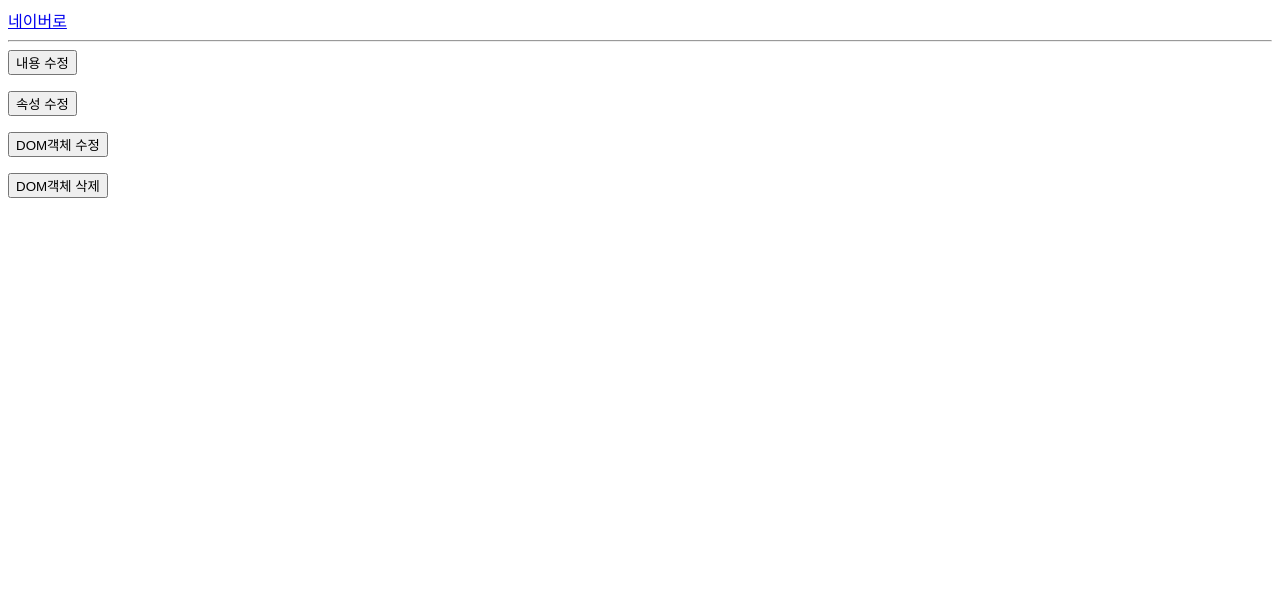
Repository: AgentHyun/FishDalle3
Page: Feb14_1_jQuery/WebContent/1_DOM.html
These files come from the project's save history. The page is drawn as it stood at one moment and after the next save; the edit follows.
The browser window is 1280 px wide. The pictures show the whole page.

Above is the page before, as saved 2025-02-14 00:26:23.

### Feb14_1_jQuery/WebContent/1_DOM.html
<!DOCTYPE html>
<html>
<head>
<meta charset="UTF-8">
<title>Insert title here</title>
<script type = "text/javascript" src = "jQuery.js"></script>
<script type = "text/javascript">
$(function(){

alert("하이");


});




</script>
</head>
<body>

<a href = "https://www.naver.com" class = "t2">네이버로</a>
<hr>
<button id = "b1">내용 수정</button> <p>
<button id = "b2">속성 수정</button> <p>
<button id = "b3">DOM객체 수정</button> <p>
<button id = "b4">DOM객체 삭제</button> <p>
<div>

</div>

</body>
</html>

Loaded but not shown: Feb14_1_jQuery/WebContent/jQuery.js (library)

After the next save:
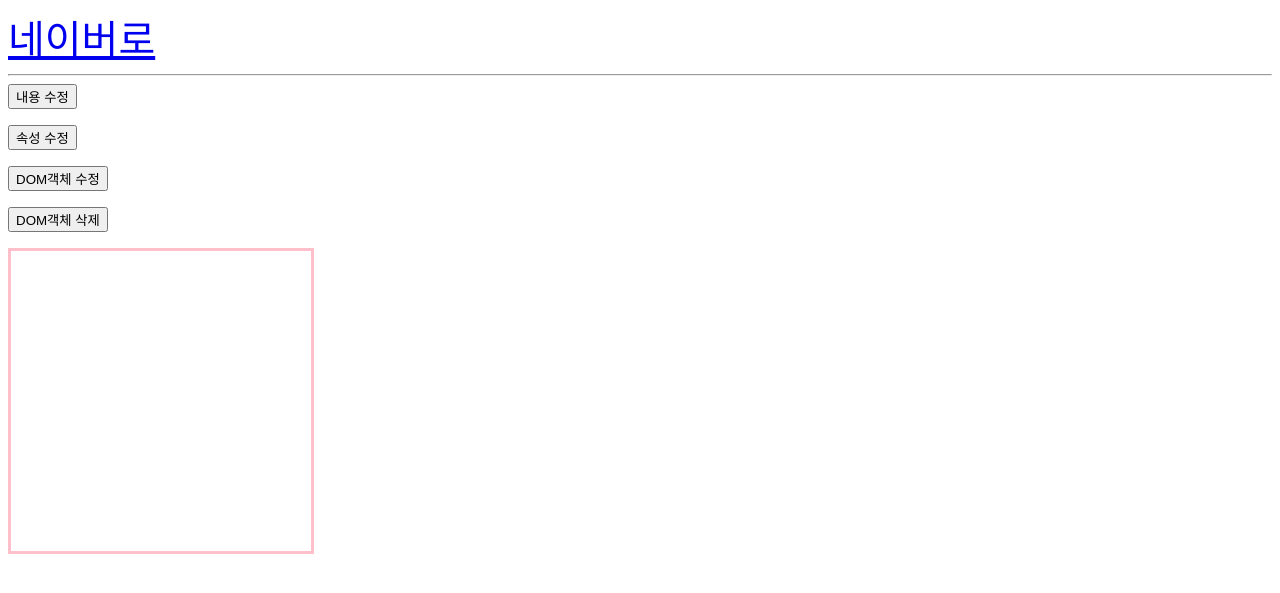
Saved 62 s later.
--- a/Feb14_1_jQuery/WebContent/1_DOM.html
+++ b/Feb14_1_jQuery/WebContent/1_DOM.html
@@ -3,6 +3,12 @@
 <head>
 <meta charset="UTF-8">
 <title>Insert title here</title>
+<style type = "text/css">
+ .t2{font-size : 30pt;}
+ #t{background-color:pink; color : lightblue;}
+ div {border : pink solid 3px; width : 300px; height : 300px;}
+
+</style>
 <script type = "text/javascript" src = "jQuery.js"></script>
 <script type = "text/javascript">
 $(function(){
